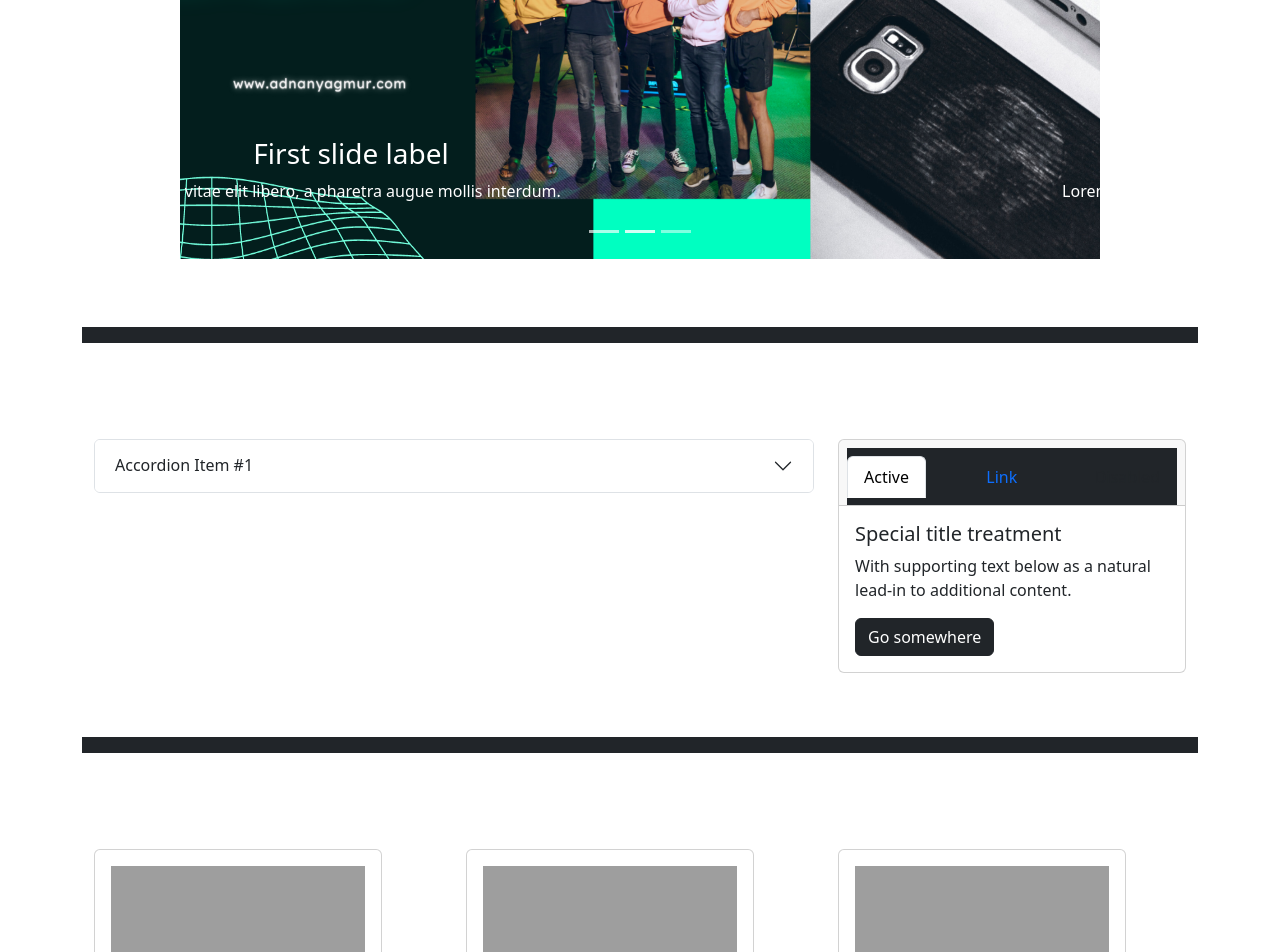
Repository: adnanyagmur/react-bootstrap-example
Page: /
These files come from the project's save history. The page is drawn as it stood at one moment and after the next save; the edit follows.
The browser window is 1280 px wide. The pictures show the part of the page from y = 465 to 1417 px (the page is 2376 px tall).
Pictures or frames that could not be fetched are drawn as grey boxes. The project was rebuilt for these pictures with package versions that can differ from the ones it lists, and the page was loaded fresh each time.

Above is the page before, as saved 2022-06-29 14:50:26.

### src/index.js
import React from 'react';
import ReactDOM from 'react-dom/client';
import '../node_modules/bootstrap/dist/css/bootstrap.min.css';
import SSRProvider from 'react-bootstrap/SSRProvider';
import App from './App';


const root = ReactDOM.createRoot(document.getElementById('root'));
root.render(
  <React.StrictMode>
  <SSRProvider>
  <App />
</SSRProvider>
  </React.StrictMode>
);

### src/App.js
import { Container } from "react-bootstrap";
import  Appbar  from "./appComponents/Appbar.jsx";
import AppContainer from "./appComponents/AppContainer.jsx";
import AppFooter from "./appComponents/AppFooter.jsx";
import Slider from "./appComponents/Slider.jsx";

function App() {

 return (
<Container>


<Appbar></Appbar>

<Slider></Slider>


  <AppContainer></AppContainer>
  <AppFooter></AppFooter>
  </Container>
  );
}

export default App;

### src/appComponents/Appbar.jsx

const Appbar =()=>{

    return(
        <>
  <nav className="navbar navbar-dark bg-dark mb-5 mt-3">
  <div className="container-fluid">
    <a href="/" className="navbar-brand">ADNAN YAĞMUR</a>
    <form className="d-flex" role="search">
    <a href="/" className="navbar-brand">Anasayfa</a>
    <a href="/" className="navbar-brand">Hakkımda</a>
    <a href="/" className="navbar-brand">Portfölyo</a>
    <a href="/" className="navbar-brand">İletişim</a>

    </form>
  </div>
</nav>

</>
    )
}

export default Appbar;

### src/appComponents/AppContainer.jsx
import {Nav,Placeholder,Accordion,Container,Card,Button, Row, Col} from "react-bootstrap"

const AppContainer = () => {

    return (
       <Container>
        <Row className="pt-5">
        <Nav className="navbar navbar-dark bg-dark mb-5 mt-3"></Nav>
        </Row>
        <Row className="pt-5 pb-5">
        <Col sm={8}>
    <Accordion  >
  <Accordion.Item eventKey="0"  >
    <Accordion.Header >Accordion Item #1</Accordion.Header>
    <Accordion.Body>
      Lorem ipsum dolor sit amet, consectetur adipiscing elit, sed do eiusmod
      tempor incididunt ut labore et dolore magna aliqua. Ut enim ad minim
      veniam, quis nostrud exercitation ullamco laboris nisi ut aliquip ex ea
      commodo consequat. Duis aute irure dolor in reprehenderit in voluptate
      velit esse cillum dolore eu fugiat nulla pariatur. Excepteur sint occaecat
      cupidatat non proident, sunt in culpa qui officia deserunt mollit anim id
      est laborum.
    </Accordion.Body>
  </Accordion.Item>
</Accordion>
            </Col>
        <Col sm={4}>
        <Card>
      <Card.Header>
        <Nav className="navbar navbar-dark bg-dark" variant="tabs" defaultActiveKey="#first">
          <Nav.Item>
            <Nav.Link href="#first">Active</Nav.Link>
          </Nav.Item>
          <Nav.Item>
            <Nav.Link href="#link">Link</Nav.Link>
          </Nav.Item>
          <Nav.Item>
            <Nav.Link href="#disabled" disabled>
              Disabled
            </Nav.Link>
          </Nav.Item>
        </Nav>
      </Card.Header>
      <Card.Body>
        <Card.Title>Special title treatment</Card.Title>
        <Card.Text>
          With supporting text below as a natural lead-in to additional content.
        </Card.Text>
        <Button variant="dark">Go somewhere</Button>
      </Card.Body>
    </Card>

        </Col>

        </Row>
        <Row className="pb-5">
        <Nav className="navbar navbar-dark bg-dark mb-5 mt-3"></Nav>

        </Row>
        <Row className="pb-5">
            <Col><Card style={{ width: '18rem' }}>

                <Card.Img className="p-3" variant="top" src="https://picsum.photos/200/200" />

                <Card.Body>
                    <Card.Title>Card Title</Card.Title>
                    <Card.Text>
                        Some quick example text to build on the card title and make up the bulk of
                        the card's content.
                    </Card.Text>
                    <Button variant="dark">Go somewhere</Button>
                </Card.Body>
            </Card></Col>
            <Col><Card style={{ width: '18rem' }}>

                <Card.Img className="p-3" variant="top" src="https://picsum.photos/200/200" />

                <Card.Body>
                    <Card.Title>Card Title</Card.Title>
                    <Card.Text>
                        Some quick example text to build on the card title and make up the bulk of
                        the card's content.
                    </Card.Text>
                    <Button variant="dark">Go somewhere</Button>
                </Card.Body>
            </Card></Col>
            <Col><Card style={{ width: '18rem' }}>

                <Card.Img className="p-3" variant="top" src="https://picsum.photos/200/200" />

                <Card.Body>
                    <Card.Title>Card Title</Card.Title>
                    <Card.Text>
                        Some quick example text to build on the card title and make up the bulk of
                        the card's content.
                    </Card.Text>
                    <Button variant="dark">Go somewhere</Button>
                </Card.Body>
            </Card></Col>
            <Col>
            <Card style={{ width: '18rem' }}>

                <Card.Img className="p-3" variant="top" src="https://picsum.photos/200/200" />

                <Card.Body>
                    <Card.Title>Card Title</Card.Title>
                    <Card.Text>
                        Some quick example text to build on the card title and make up the bulk of
                        the card's content.
                    </Card.Text>
                    <Button variant="dark">Go somewhere</Button>
                </Card.Body>
            </Card>
            </Col>
            </Row>
            </Container>


    )
}

export default AppContainer;

### src/appComponents/AppFooter.jsx
import { Card, Col, Row} from "react-bootstrap";

const AppFooter = ()=> {

    return (
        <Card className="bg-dark text-white">
        <Row>
            <Col sm={4}></Col>
            <Col sm={5}>
        <Card.Title>© Copyright ,Designed and built by Adnan YAĞMUR</Card.Title>

        </Col>
        <Col sm={3}></Col>
        </Row>
        </Card>


    )
}

export default AppFooter;

### src/appComponents/Slider.jsx
import { Carousel, Col, Container, Row, } from "react-bootstrap"
import Logo1 from "../assets/Logo1.png";
import Logo2 from "../assets/Logo2.png";
import Logo3 from "../assets/Logo3.png";

const Slider = () => {

  return (

  <Container className="p-1">
    <Row>
      <Col sm={1}></Col>
      <Col>
        <Carousel>
          <Carousel.Item interval={1000}>
            <img
              className="d-block w-100"
              src={Logo1}
              alt="First slide"
              height="600"
            />
            <Carousel.Caption>
              <h3>First slide label</h3>
              <p>Nulla vitae elit libero, a pharetra augue mollis interdum.</p>
            </Carousel.Caption>
          </Carousel.Item>
          <Carousel.Item interval={1000}>
            <img
              className="d-block w-100"
              src={Logo2}
              alt="Second slide"
              height="600"
            />
            <Carousel.Caption>
              <h3>Second slide label</h3>
              <p>Lorem ipsum dolor sit amet, consectetur adipiscing elit.</p>
            </Carousel.Caption>
          </Carousel.Item>
          <Carousel.Item interval={1000}>
            <img
              className="d-block w-100"
              src={Logo3}
              alt="Third slide"
              height="600"
            />
            <Carousel.Caption>
              <h3>Third slide label</h3>
              <p>Praesent commodo cursus magna, vel scelerisque nisl consectetur.</p>
            </Carousel.Caption>
          </Carousel.Item>
        </Carousel>
      </Col>
      <Col sm={1}>
      </Col>
    </Row>
  </Container>

  )
}
export default Slider;

Loaded but not shown: public/index.html (common file)

After the next save:
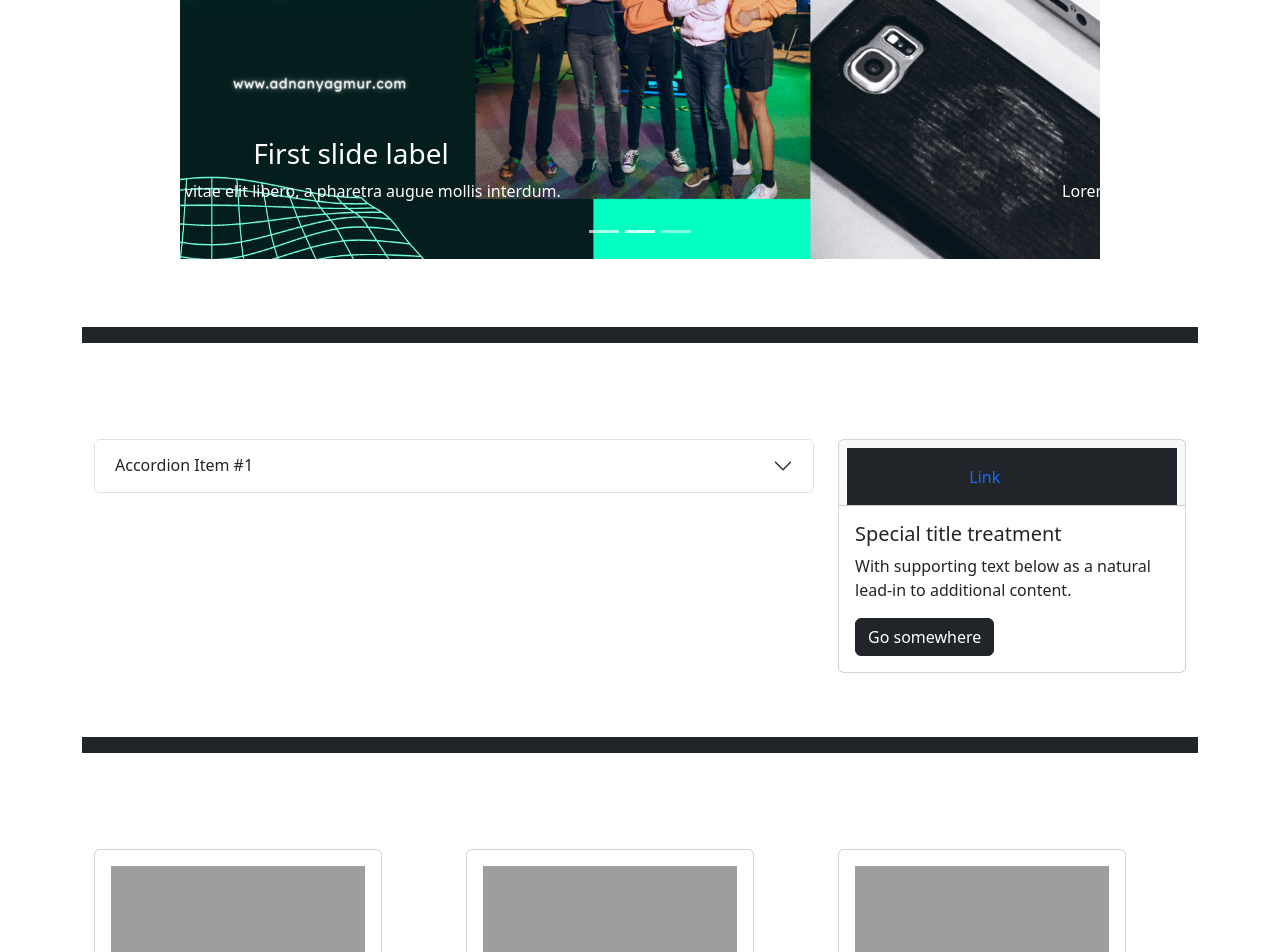
Saved 16 s later.
--- a/src/appComponents/AppContainer.jsx
+++ b/src/appComponents/AppContainer.jsx
@@ -29,7 +29,7 @@ const AppContainer = () => {
       <Card.Header>
         <Nav className="navbar navbar-dark bg-dark" variant="tabs" defaultActiveKey="#first">
           <Nav.Item>
-            <Nav.Link href="#first">Active</Nav.Link>
+           Active
           </Nav.Item>
           <Nav.Item>
             <Nav.Link href="#link">Link</Nav.Link>
